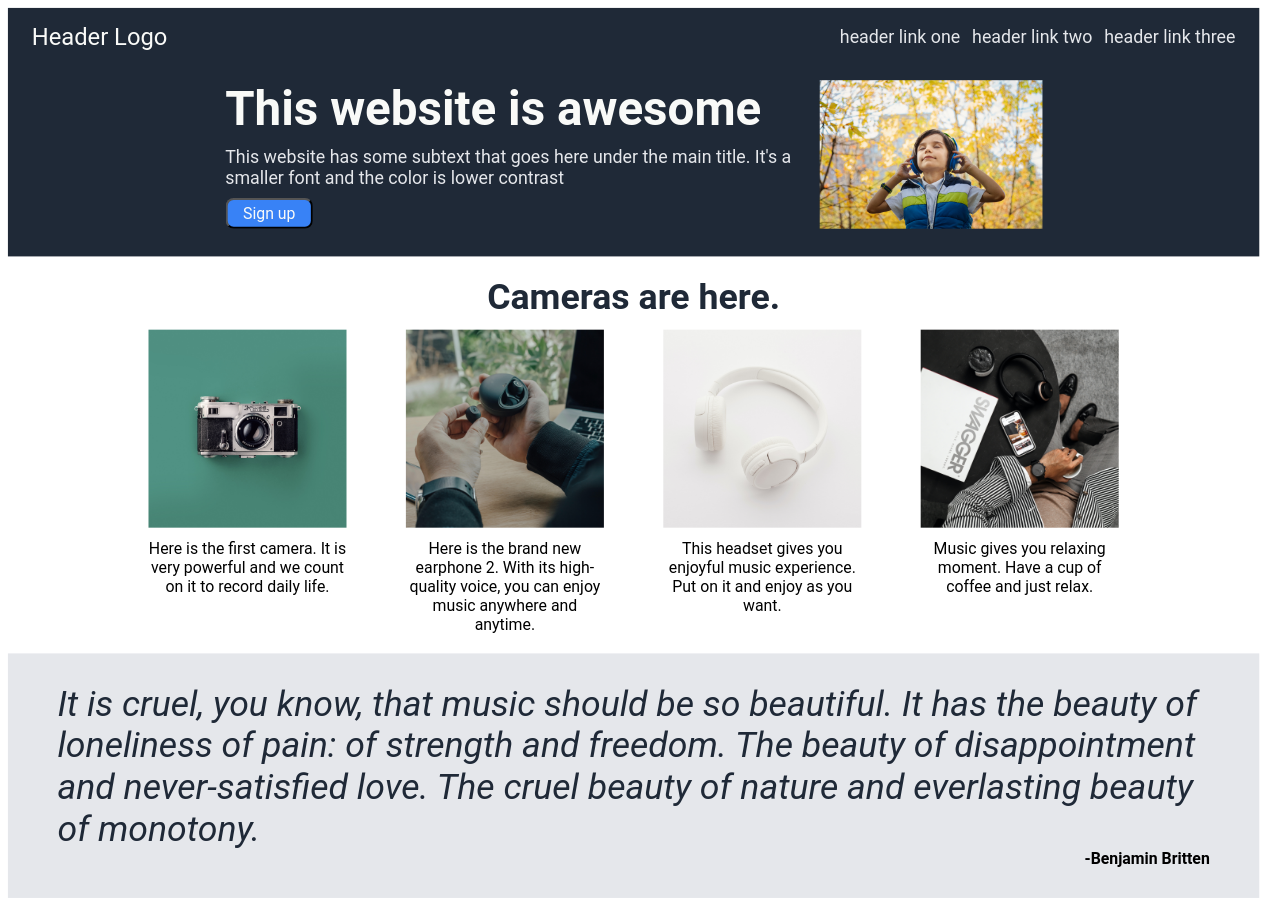
Repository: z1youRA/FirstWebsite
Page: index.html
An editor plug-in stored every save of this project. The page is shown before and after a run of saves, followed by the edit.
The browser window is 1280 px wide. The pictures show the whole page, at 99% of full size.

Above is the page before, as saved 2021-11-25 18:10:51.

After the next 2 saves:
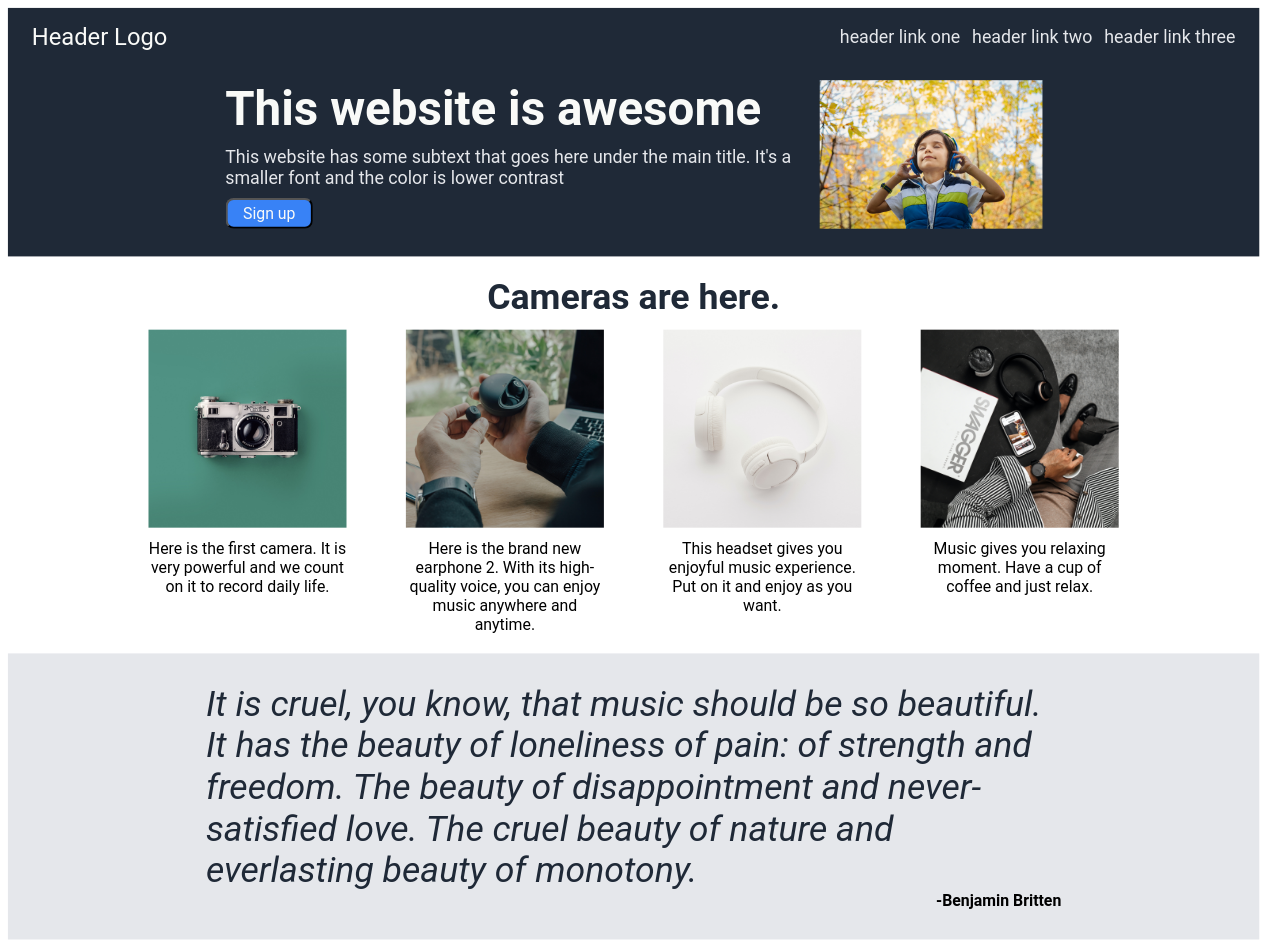
The 2 saves are shown as one change because they came seconds apart.
The last was saved 15 s later.
--- a/styles.css
+++ b/styles.css
@@ -111,7 +111,7 @@ ul {
 
 .quote {
     background-color: #e5e7eb;
-    padding: 30px 50px;
+    padding: 30px 200px;
 }
 
 .quote .words {
